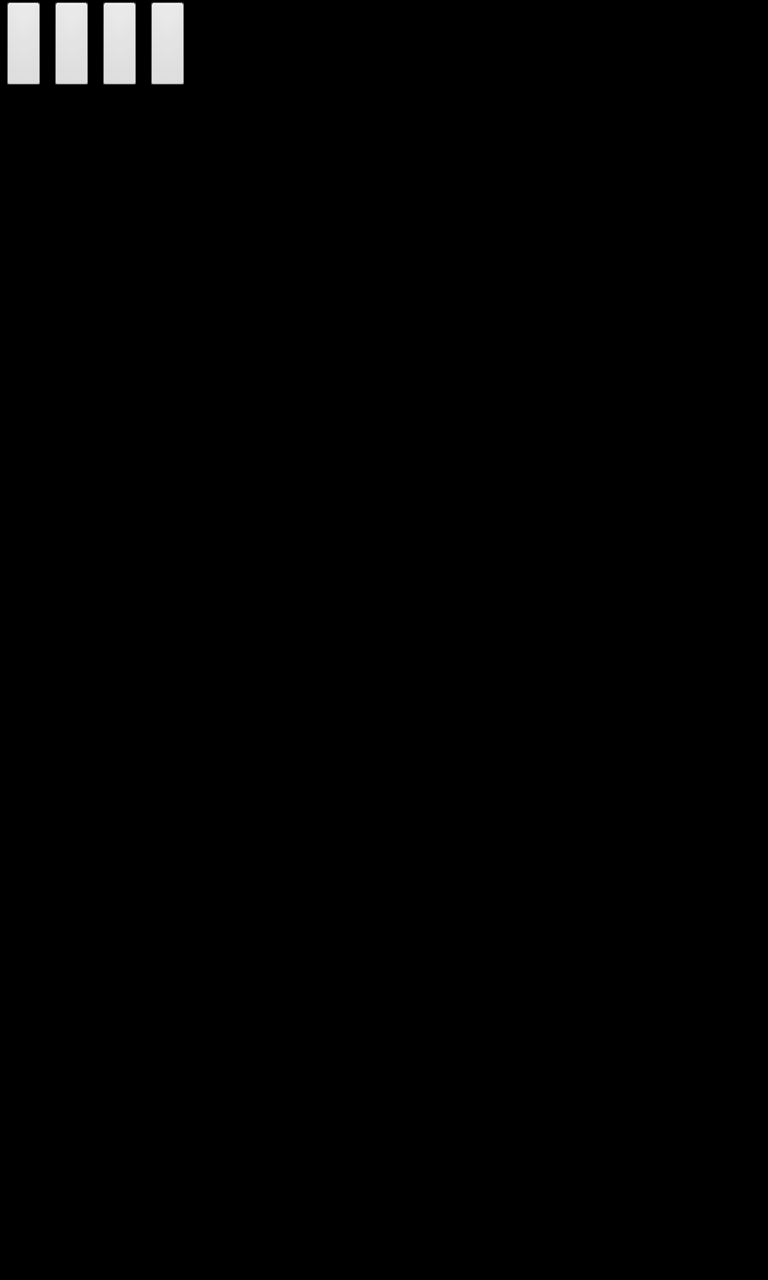
Repository: simplesns/workspace
Layout: eclipse/DEPuzzles/res/layout/wordsearch.xml
The author's editor kept a copy of each file at every save. The layout is drawn from the files as they stood at one save, then again after the next save.
It is drawn on a 768 x 1280 px phone screen (xhdpi) without system bars, with theme android:Theme; the app's code is not run.

Above is the layout before, as saved 2011-02-04 08:30:00.

### eclipse/DEPuzzles/res/layout/wordsearch.xml
<?xml version="1.0" encoding="utf-8"?>
<LinearLayout
  xmlns:android="http://schemas.android.com/apk/res/android"
  android:layout_width="fill_parent"
  android:layout_height="fill_parent">
<LinearLayout android:id="@+id/LinearLayout01" android:layout_width="wrap_content" android:layout_height="wrap_content"><Button android:text="@+id/Button01" android:id="@+id/Button01" android:layout_width="wrap_content" android:layout_height="wrap_content"></Button>
<Button android:text="@+id/Button02" android:id="@+id/Button02" android:layout_width="wrap_content" android:layout_height="wrap_content"></Button>
<Button android:text="@+id/Button03" android:id="@+id/Button03" android:layout_width="wrap_content" android:layout_height="wrap_content"></Button>
<Button android:text="@+id/Button04" android:id="@+id/Button04" android:layout_width="wrap_content" android:layout_height="wrap_content"></Button>
</LinearLayout>
</LinearLayout>

After the next save:
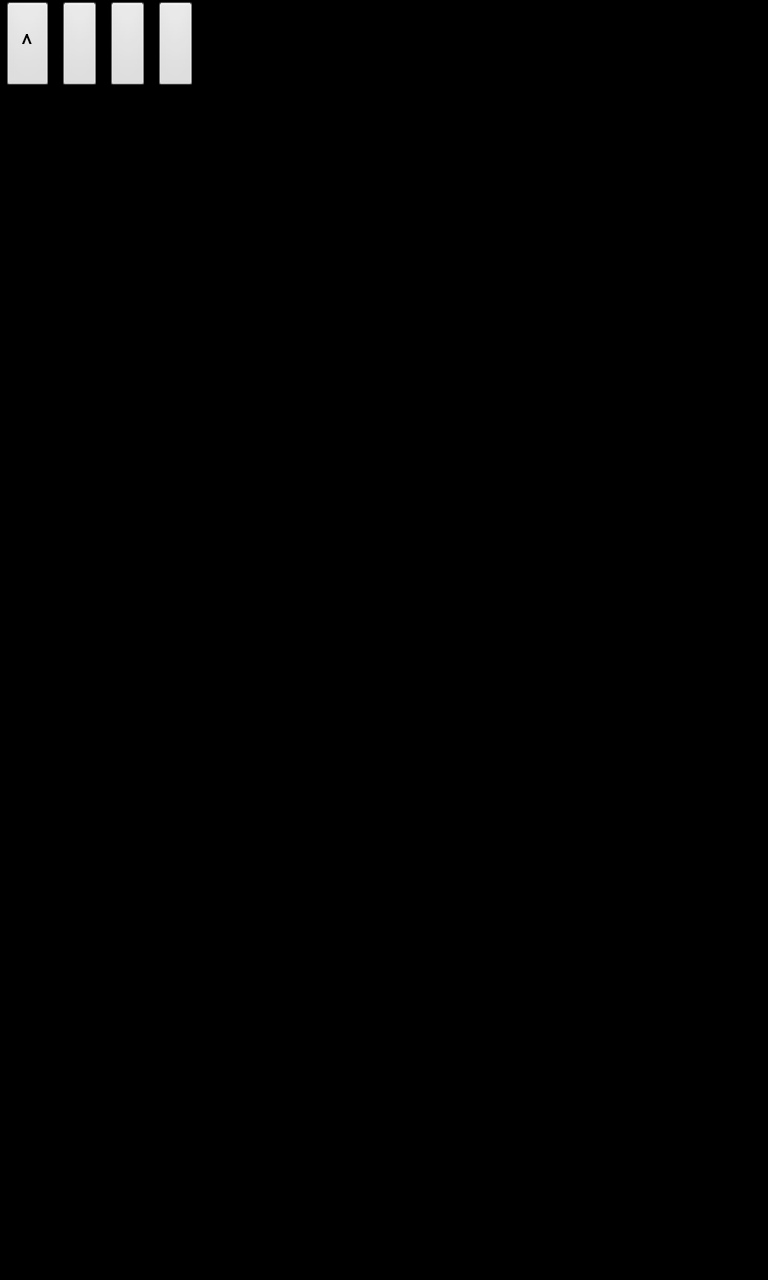
Saved 11 s later.
--- a/eclipse/DEPuzzles/res/layout/wordsearch.xml
+++ b/eclipse/DEPuzzles/res/layout/wordsearch.xml
@@ -1,11 +1,15 @@
 <?xml version="1.0" encoding="utf-8"?>
-<LinearLayout
-  xmlns:android="http://schemas.android.com/apk/res/android"
-  android:layout_width="fill_parent"
-  android:layout_height="fill_parent">
-<LinearLayout android:id="@+id/LinearLayout01" android:layout_width="wrap_content" android:layout_height="wrap_content"><Button android:text="@+id/Button01" android:id="@+id/Button01" android:layout_width="wrap_content" android:layout_height="wrap_content"></Button>
-<Button android:text="@+id/Button02" android:id="@+id/Button02" android:layout_width="wrap_content" android:layout_height="wrap_content"></Button>
-<Button android:text="@+id/Button03" android:id="@+id/Button03" android:layout_width="wrap_content" android:layout_height="wrap_content"></Button>
-<Button android:text="@+id/Button04" android:id="@+id/Button04" android:layout_width="wrap_content" android:layout_height="wrap_content"></Button>
+<LinearLayout xmlns:android="http://schemas.android.com/apk/res/android"
+	android:layout_width="fill_parent" android:layout_height="fill_parent">
+	<LinearLayout android:id="@+id/LinearLayout01"
+		android:layout_width="wrap_content" android:layout_height="wrap_content">
+		<Button android:text="^" android:id="@+id/Button01"
+			android:layout_width="wrap_content" android:layout_height="wrap_content"></Button>
+		<Button android:text="@+id/Button02" android:id="@+id/Button02"
+			android:layout_width="wrap_content" android:layout_height="wrap_content"></Button>
+		<Button android:text="@+id/Button03" android:id="@+id/Button03"
+			android:layout_width="wrap_content" android:layout_height="wrap_content"></Button>
+		<Button android:text="@+id/Button04" android:id="@+id/Button04"
+			android:layout_width="wrap_content" android:layout_height="wrap_content"></Button>
+	</LinearLayout>
 </LinearLayout>
-</LinearLayout>
